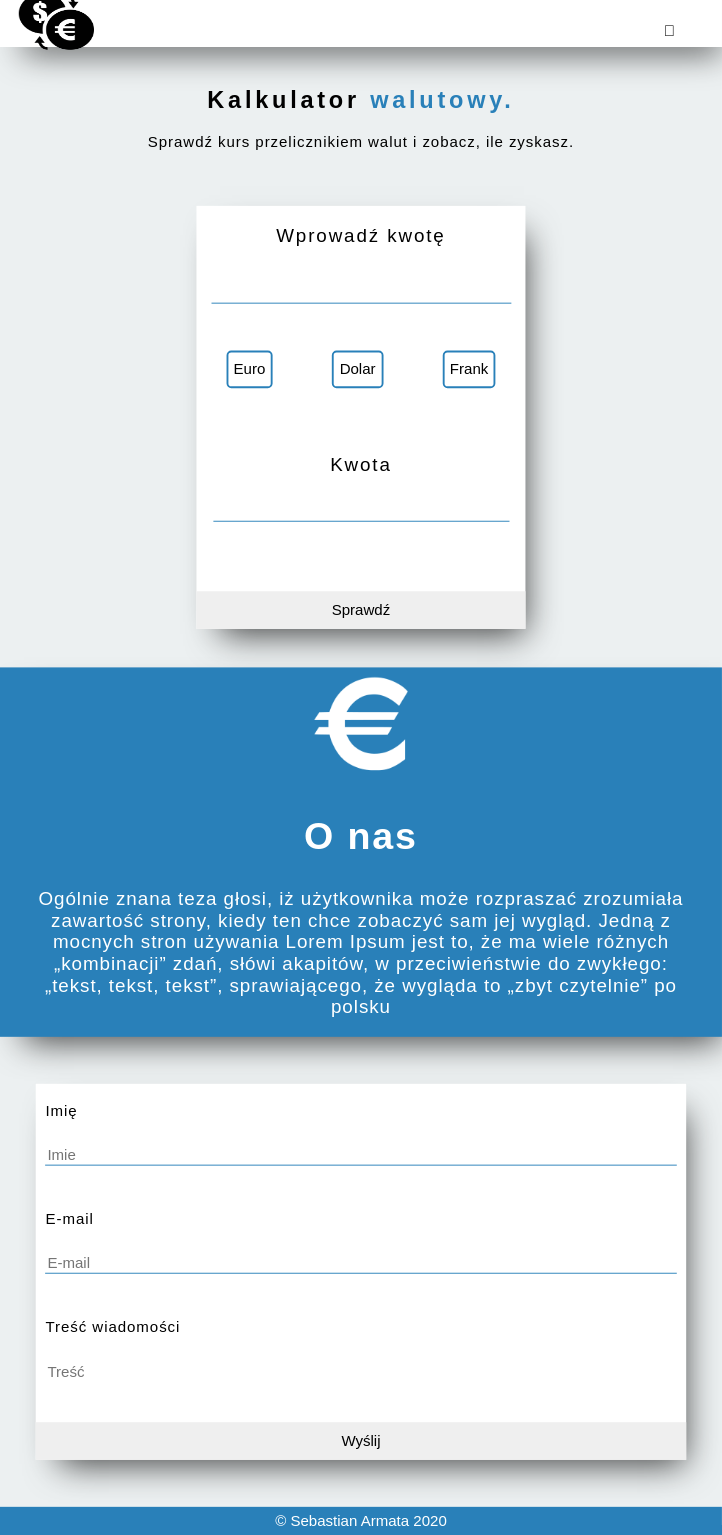
Repository: SebastianArmata22/Kalkulator-walut
Page: index.html
The author's editor kept a copy of each file at every save. The page is drawn from the files as they stood at one save, then again after the next save.
The browser window is 768 px wide. The pictures show the whole page, at 94% of full size.
Some web libraries are served in a nearby version.

Above is the page before, as saved 2020-11-12 19:31:33.

After the next save:
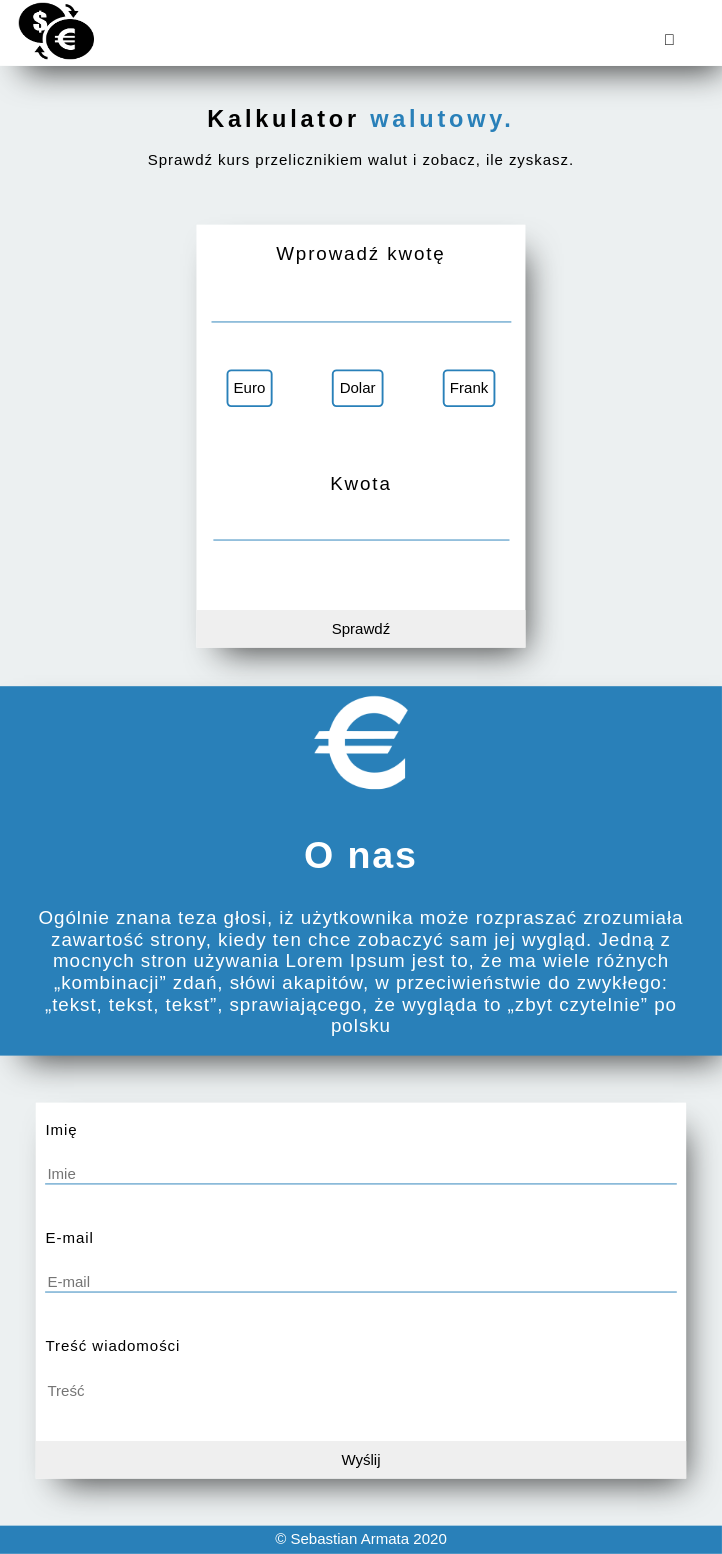
Saved 8 s later.
--- a/style.css
+++ b/style.css
@@ -257,7 +257,7 @@ max-width: 300px;
 }
 @media only screen and (max-width: 800px){
     .menu-container{
-        height: 50px;
+        height: 70px;
     }
 .calculator-content{
     width: 100%;
